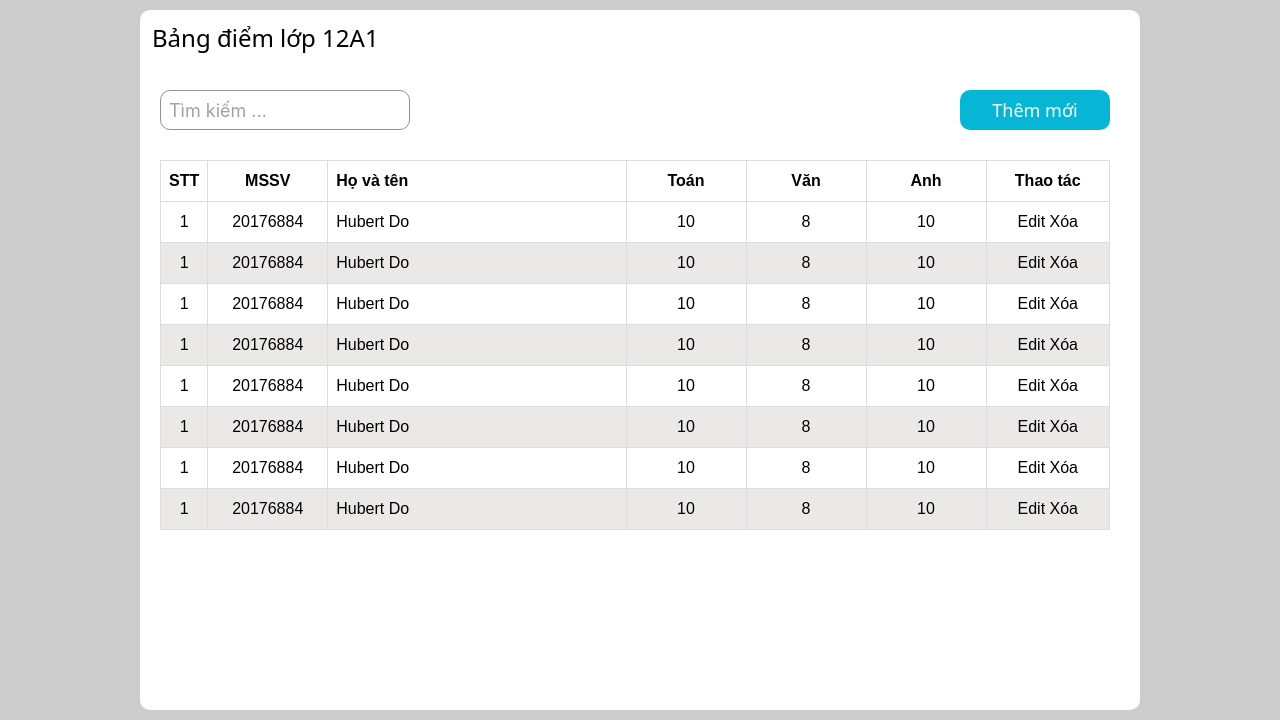
Repository: doducthuan/ReactJS-Movie
Page: /
An editor plug-in stored every save of this project. The page is shown before and after the next save, followed by the edit.
The browser window is 1280 px wide. The pictures show the whole page.
The project was rebuilt for these pictures with package versions that can differ from the ones it lists, and the page was loaded fresh each time. Also part of the build but not shown: src/App.css.

Above is the page before, as saved 2024-01-13 07:59:34.

After the next save:
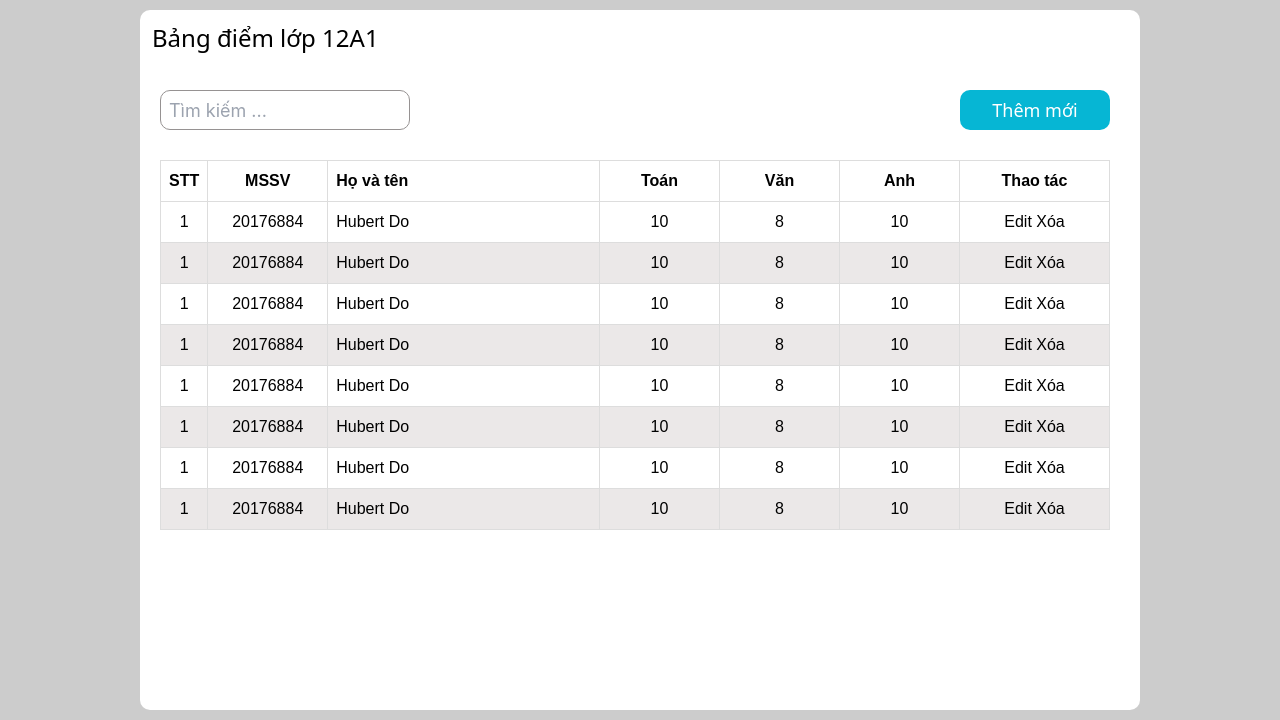
Saved 8 s later.
--- a/src/components/students/style_table.css
+++ b/src/components/students/style_table.css
@@ -36,7 +36,7 @@ tbody tr td:nth-child(2){
 }
 thead tr th:nth-child(3),
 tbody tr td:nth-child(3){
-    min-width: 200px;
+    min-width: 150px;
 }
 thead tr th:nth-child(4),
 tbody tr td:nth-child(4),
